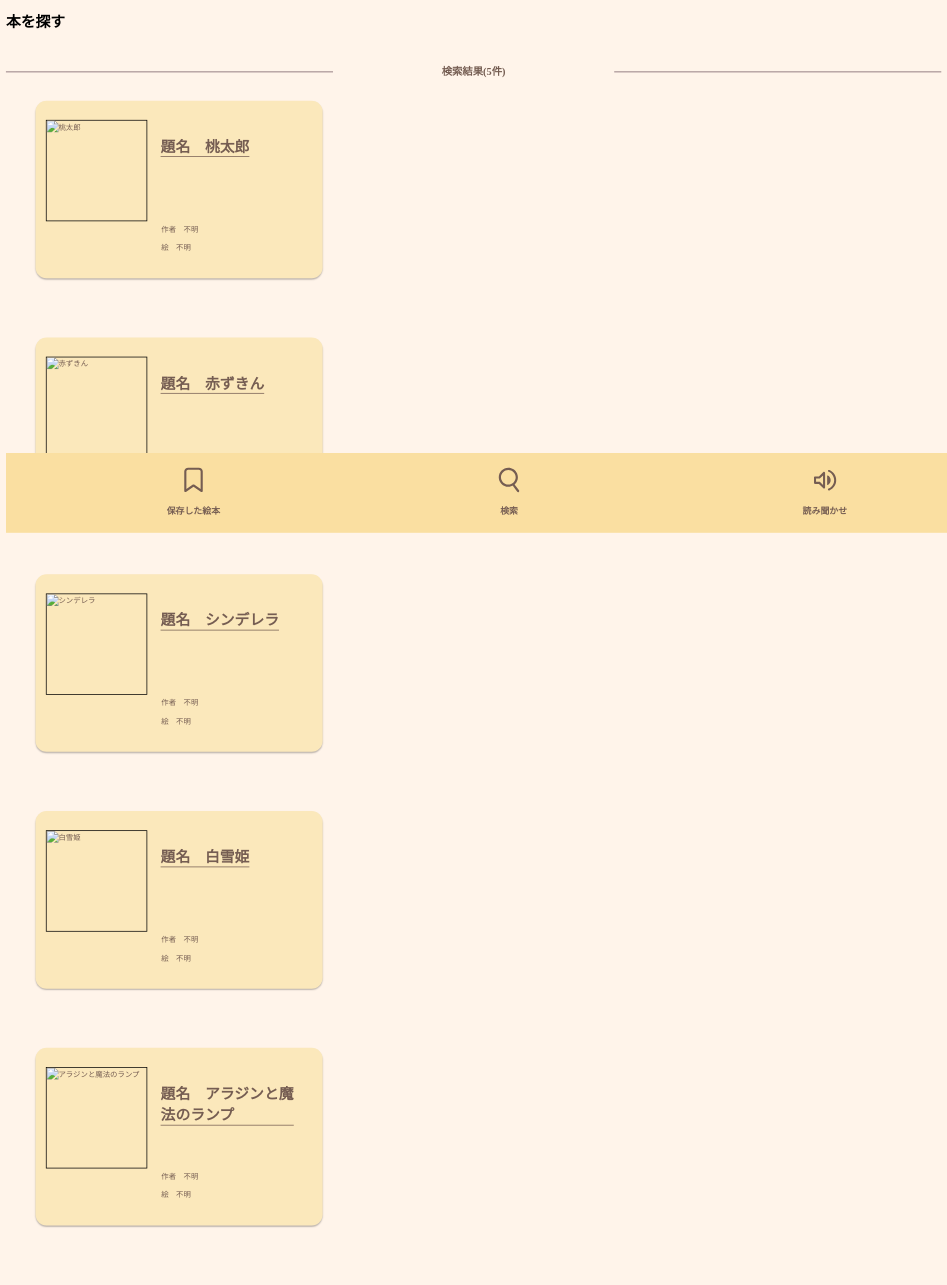
Repository: kmii12/2024-teampj
Page: /result
These files come from the project's save history. The page is drawn as it stood at one moment and after the next save; the edit follows.
The browser window is 1280 px wide. The pictures show the whole page, at 74% of full size.
The project was rebuilt for these pictures with package versions that can differ from the ones it lists, and the page was loaded fresh each time. The framework's server and built-in components were replaced by stand-ins that run in the browser. Also part of the build but not shown: next.config.mjs.

Above is the page before, as saved 2024-10-24 17:08:30.

After the next save:
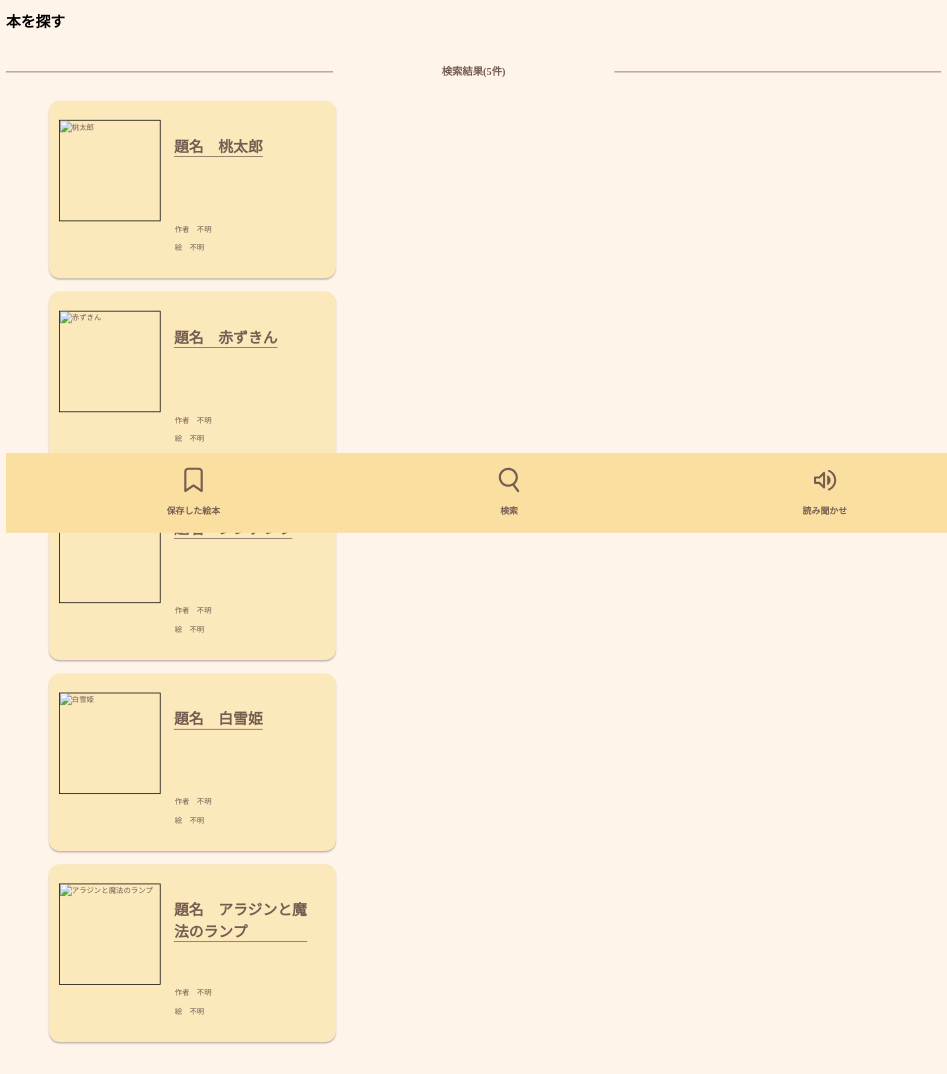
Saved 9 s later.
--- a/src/app/result/Result.module.scss
+++ b/src/app/result/Result.module.scss
@@ -37,7 +37,7 @@
   .resultItem {
     //li
     padding: 26px 14px;
-    margin: 18px 0 80px 0;
+    margin: 18px;
     width: 360px;
     height: 188px;
     background-color: $main_pale;
